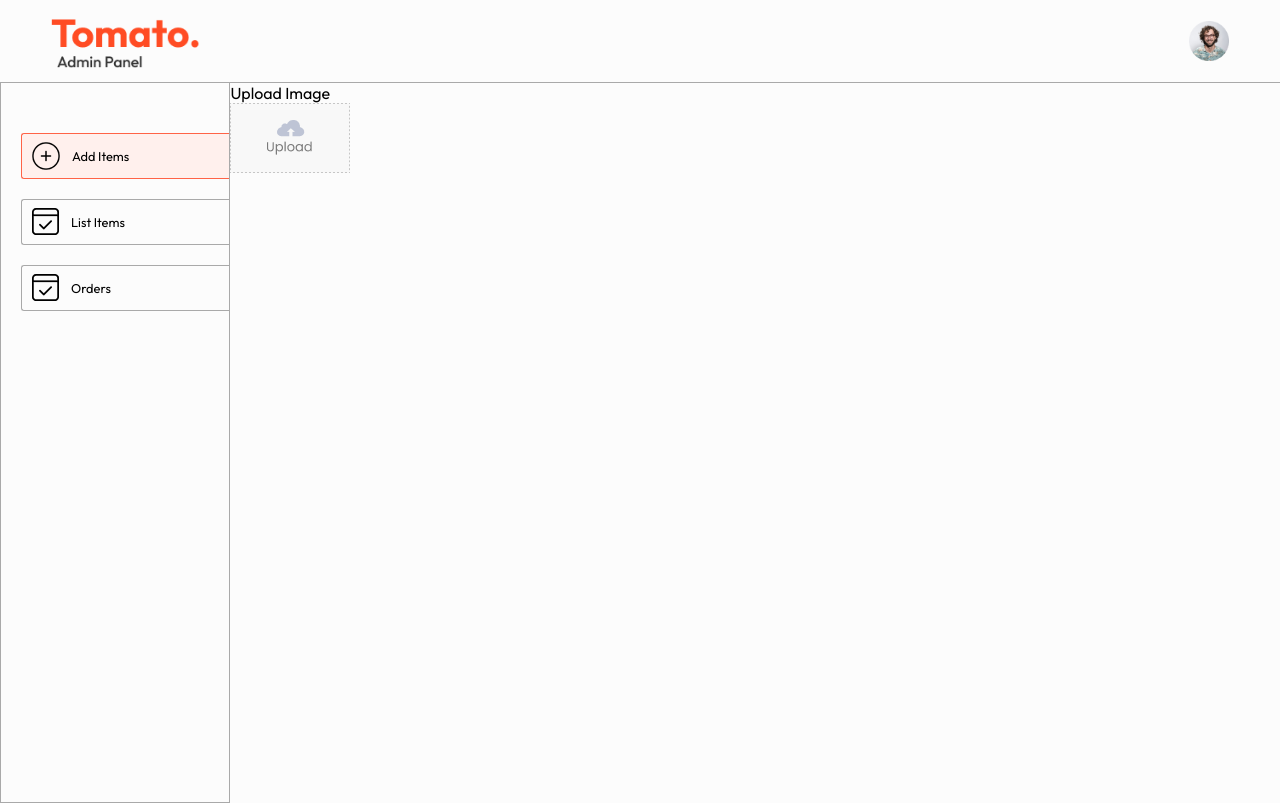
Repository: sodmaq/food-delivery
Page: /add (app in admin/)
These files come from the project's save history. The page is drawn as it stood at one moment and after the next save; the edit follows.
The browser window is 1280 px wide. The pictures show the whole page.
The project was rebuilt for these pictures with package versions that can differ from the ones it lists, and the page was loaded fresh each time. Also part of the build but not shown: admin/vite.config.js, admin/src/pages/add/Add.css, admin/src/pages/orders/Orders.jsx. Imported but missing from the stored project, and not drawn on this page: admin/src/pages/list/List.

Above is the page before, as saved 2024-10-02 23:07:01.

### admin/index.html
<!DOCTYPE html>
<html lang="en">
  <head>
    <meta charset="UTF-8" />
    <link rel="icon" type="image/svg+xml" href="/vite.svg" />
    <meta name="viewport" content="width=device-width, initial-scale=1.0" />
    <title>Admin</title>
  </head>
  <body>
    <div id="root"></div>
    <script type="module" src="/src/main.jsx"></script>
  </body>
</html>

### admin/src/App.jsx
import { NavBar } from "./components/NavBar/NavBar";
import SideBar from "./components/sidebar/SideBar";
import Add from "./pages/add/Add";
import Order from "./pages/orders/Orders";
import List from "./pages/list/List";
import { Routes, Route } from "react-router-dom"; // Import Route

const App = () => {
  return (
    <div>
      <NavBar />
      <hr />
      <div className="app-content">
        <SideBar />
        <Routes>
          <Route path="/add" element={<Add />} />{" "}
          {/* Use Route for each path */}
          <Route path="/list" element={<List />} />
          <Route path="/order" element={<Order />} />
        </Routes>
      </div>
    </div>
  );
};

export default App;

### admin/src/index.css
@import url("https://fonts.googleapis.com/css2?family=Outfit:wght@100..900&display=swap");

* {
  padding: 0;
  margin: 0;
  box-sizing: border-box;
  font-family: Outfit;
  scroll-behavior: smooth;
}
body {
  min-height: 100vh;
  background-color: #fcfcfc;
}

a {
  text-decoration: none;
  color: inherit;
}
hr {
  height: 1px;
  background-color: #a9a9a9;
  border: none;
}

.app-content {
  display: flex;
}

### admin/src/components/NavBar/NavBar.jsx
import "./NavBar.css";
import { assets } from "../../assets/assets";
export const NavBar = () => {
  return (
    <div className="navbar">
      <img className="logo" src={assets.logo} alt="" />
      <img className="profile" src={assets.profile_image} alt="" />
    </div>
  );
};

### admin/src/components/sidebar/SideBar.jsx
import "./SideBar.css";
import { assets } from "../../assets/assets";
import { NavLink } from "react-router-dom";

const SideBar = () => {
  return (
    <div className="sidebar">
      <div className="sidebar-options">
        <NavLink to="/add" className="sidebar-option">
          <img src={assets.add_icon} alt="Add Icon" />
          <p>Add Items</p>
        </NavLink>
        <NavLink to="/list" className="sidebar-option">
          <img src={assets.list_icon || assets.order_icon} alt="List Icon" />{" "}
          {/* Make sure you're using the correct icon */}
          <p>List Items</p>
        </NavLink>
        <NavLink to="/order" className="sidebar-option">
          <img src={assets.order_icon} alt="Order Icon" />
          <p>Orders</p>
        </NavLink>
      </div>
    </div>
  );
};

export default SideBar;

### admin/src/pages/add/Add.jsx
import { assets } from "../../assets/assets";
import "./Add.css";

const Add = () => {
  return (
    <div className="add">
      <form action="" className="flex-col">
        <div className="add-img-upload flex-col">
          <p>Upload Image</p>
          <label htmlFor="image">
            <img src={assets.upload_area} alt="" />
          </label>
          <input type="file" id="image" hidden required />
        </div>
        <div></div>
      </form>
    </div>
  );
};

export default Add;

### admin/src/components/NavBar/NavBar.css
.navbar {
  display: flex;
  justify-content: space-between;
  align-items: center;
  padding: 8px 4%;
}

.navbar .logo {
  width: 150px;
}

.navbar .profile {
  width: 40px;
  cursor: pointer;
}

### admin/src/components/sidebar/SideBar.css
.sidebar {
  width: 18%;
  min-height: 100vh;
  border: 1.5px solid #a9a9a9;
  border-top: 0;
  font-size: max(1vw, 10px);
}

.sidebar-options {
  padding-top: 50px;
  padding-left: 20px;
  display: flex;
  flex-direction: column;
  gap: 40px;
  gap: 20px;
}

.sidebar-option {
  display: flex;
  align-items: center;
  gap: 12px;
  border: 1px solid #a9a9a9;
  border-right: 0;
  padding: 8px 10px;
  border-radius: 3px 0px 0px 3px;
  cursor: pointer;
  transition: 0.2s;
}
.sidebar-option.active {
  background-color: #fff0ed;
  border-color: tomato;
}

@media screen and (max-width: 900px) {
  .sidebar-option p {
    display: none;
  }
}

Loaded but not shown: admin/src/main.jsx (common file); admin/src/assets/assets.js (common file); admin/src/pages/orders/Orders.css (no stored copy; drawn as an empty file)

After the next save:
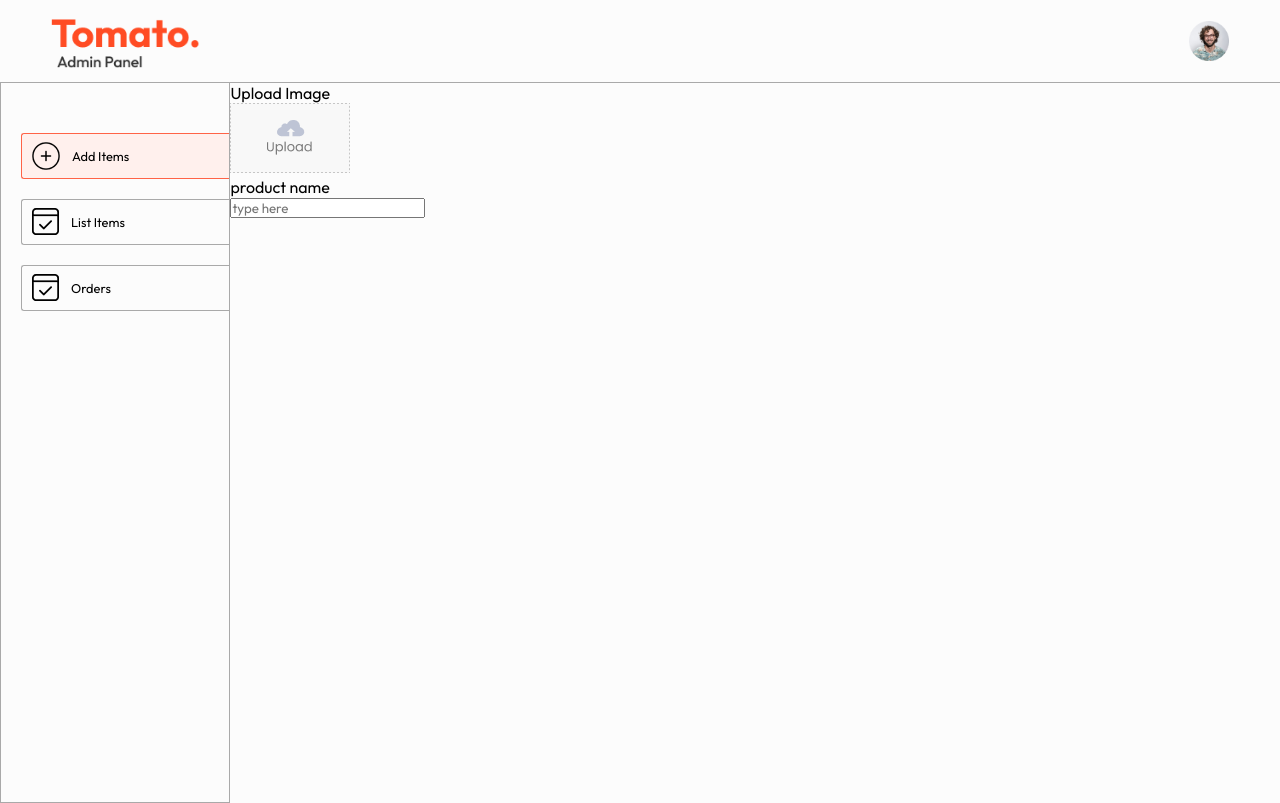
Saved 107 s later.
--- a/admin/src/pages/add/Add.jsx
+++ b/admin/src/pages/add/Add.jsx
@@ -12,7 +12,10 @@ const Add = () => {
           </label>
           <input type="file" id="image" hidden required />
         </div>
-        <div></div>
+        <div>
+          <p>product name</p>
+          <input type="text" name="name" placeholder="type here" />
+        </div>
       </form>
     </div>
   );
